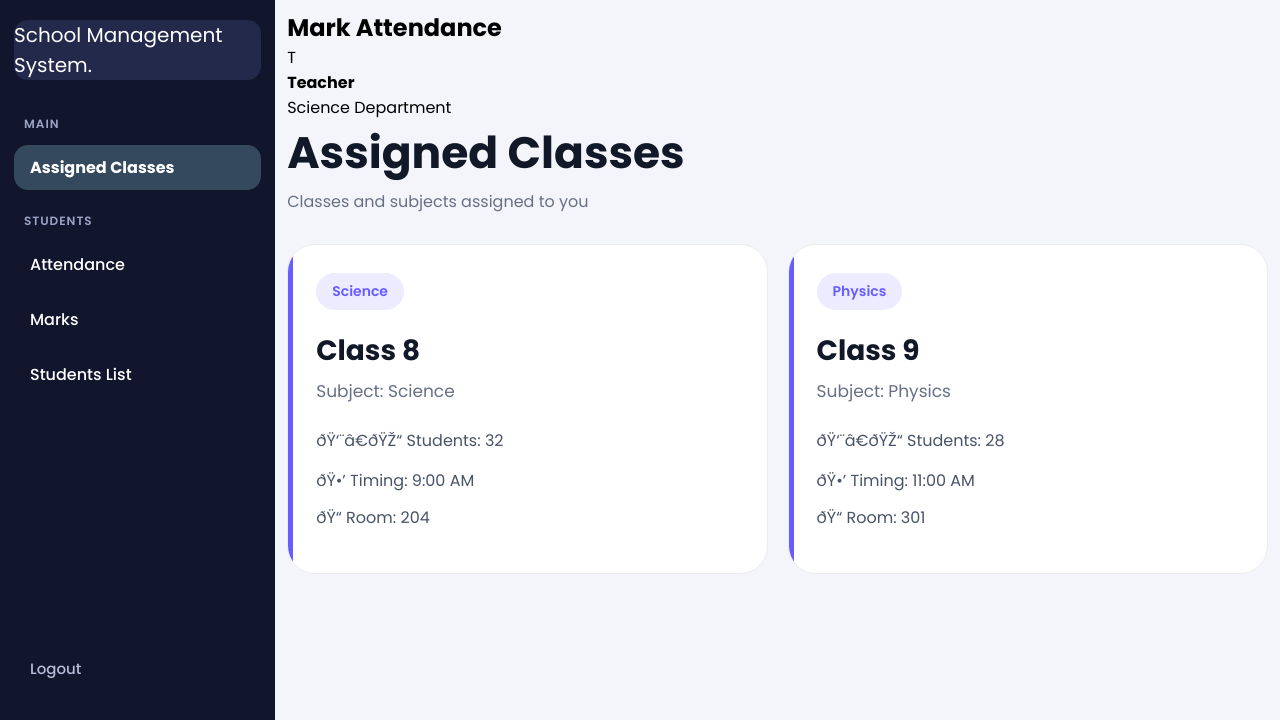
Repository: rohit-rk-07/school_management_system
Page: http://localhost/School_Management_System/teacher/assignedclass.jsp
These files come from the project's save history. The page is drawn as it stood at one moment and after the next save; the edit follows.
The browser window is 1280 px wide. The pictures show the whole page.
The page is served by Tomcat 10. Other server files are loaded and not shown.

Above is the page before, as saved 2026-05-21 08:14:39.
Console error: TypeError: Cannot read properties of null (reading 'addEventListener')

### School_Management_System/src/main/webapp/teacher/assignedclass.jsp
<!DOCTYPE html>
<html lang="en">

<head>

    <meta charset="UTF-8">
    <meta name="viewport" content="width=device-width, initial-scale=1.0">

    <title>Assigned Classes</title>

    <link rel="preconnect" href="https://fonts.googleapis.com">

    <link href="https://fonts.googleapis.com/css2?family=Poppins:wght@300;400;500;600;700&display=swap"
        rel="stylesheet">

    <style>

        *{
            margin:0;
            padding:0;
            box-sizing:border-box;
            font-family:'Poppins',sans-serif;
        }

        body{
            background:#f4f5fb;
            display: flex;
            flex-direction: row;
            justify-content: space-between;
            align-items: start;
        }

        .assignedClassesContainer{
            padding:10px 12px;
            width: 80%;
        }

        .assignedClassesHeading{
            font-size:44px;
            font-weight:700;
            color:#111827;
        }

        .assignedClassesSubtitle{
            color:#667085;
            margin-top:4px;
            margin-bottom:30px;
        }

        .assignedClassesGrid{
            display:grid;
            grid-template-columns:repeat(auto-fit,minmax(320px,1fr));
            gap:20px;
        }

        .assignedClassesCard{
            background:#ffffff;
            border-radius:28px;
            padding:28px;
            border:1px solid #ececec;
            position:relative;
            overflow:hidden;
        }

        .assignedClassesCard::before{
            content:"";
            position:absolute;
            top:0;
            left:0;
            width:5px;
            height:100%;
            background:#675cff;
        }

        .assignedClassesBadge{
            display:inline-block;
            padding:8px 16px;
            border-radius:30px;
            background:#ecebff;
            color:#675cff;
            font-size:14px;
            font-weight:600;
            margin-bottom:20px;
        }

        .assignedClassesTitle{
            font-size:28px;
            font-weight:700;
            color:#111827;
            margin-bottom:6px;
        }

        .assignedClassesSubject{
            color:#667085;
            margin-bottom:24px;
            font-size:17px;
        }

        .assignedClassesInfo{
            margin-bottom:12px;
            color:#475467;
            font-size:16px;
        }

    </style>

</head>

<body>

	<jsp:include page="sidebar.jsp" />

    <div class="assignedClassesContainer">

    <div class="attendanceTopbar">

        <h2 class="attendanceTopbarTitle">
            Mark Attendance
        </h2>

        <div class="attendanceTeacherProfile">

            <div class="attendanceTeacherAvatar">
                T
            </div>

            <div>

                <h4>Teacher</h4>

                <p class="attendanceTeacherRole">
                    Science Department
                </p>

            </div>

        </div>

    </div>

        <h1 class="assignedClassesHeading">
            Assigned Classes
        </h1>

        <p class="assignedClassesSubtitle">
            Classes and subjects assigned to you
        </p>

        <div class="assignedClassesGrid">

            <div class="assignedClassesCard">

                <span class="assignedClassesBadge">
                    Science
                </span>

                <h2 class="assignedClassesTitle">
                    Class 8
                </h2>

                <p class="assignedClassesSubject">
                    Subject: Science
                </p>

                <p class="assignedClassesInfo">
                    👨‍🎓 Students: 32
                </p>

                <p class="assignedClassesInfo">
                    🕒 Timing: 9:00 AM
                </p>

                <p class="assignedClassesInfo">
                    📍 Room: 204
                </p>

            </div>

            <div class="assignedClassesCard">

                <span class="assignedClassesBadge">
                    Physics
                </span>

                <h2 class="assignedClassesTitle">
                    Class 9
                </h2>

                <p class="assignedClassesSubject">
                    Subject: Physics
                </p>

                <p class="assignedClassesInfo">
                    👨‍🎓 Students: 28
                </p>

                <p class="assignedClassesInfo">
                    🕒 Timing: 11:00 AM
                </p>

                <p class="assignedClassesInfo">
                    📍 Room: 301
                </p>

            </div>

        </div>

    </div>

</body>

</html>

### School_Management_System/src/main/webapp/teacher/sidebar.jsp
<!DOCTYPE html>
<html lang="en">
<head>
  <meta charset="UTF-8" />
  <meta name="viewport" content="width=device-width, initial-scale=1.0"/>
  <title>School Sidebar</title>

  <style type="text/css">
  *{
  margin:0;
  padding:0;
  box-sizing:border-box;
}

body{
  font-family:'Poppins',sans-serif;
  background:#f4f5fa;
}

/* SIDEBAR */

.schoolSidebar{
  width:280px;
  height:100vh;
  background:#11162d;
  color:#ffffff;
  padding:20px 14px;
  display:flex;
  flex-direction:column;
  justify-content:space-between;
  /*border-top-right-radius:20px;
  border-bottom-right-radius:20px;*/
  transition:0.3s;
}

/* LOGO */

.schoolSidebarLogo{
  border-radius:14px;
  background:#23294b;
  display:flex;
  align-items:start;
  justify-content:start;
  font-size:20px;
  margin-bottom:35px;
}

/* MENU TITLES */

.schoolSidebarMenuTitle{
  color:#9ca3c7;
  font-size:12px;
  letter-spacing:1px;
  margin:22px 10px 12px;
  font-weight:600;
}

/* MENU */

.schoolSidebarMenuList{
  list-style:none;
}

.schoolSidebarMenuItem{
  display:flex;
  align-items:center;
  gap:14px;
  padding:10px 16px;
  border-radius:14px;
  margin-bottom:10px;
  color:#b6bdd9;
  cursor:pointer;
  transition:0.3s;
  font-size:15px;
  font-weight:500;
}

.schoolSidebarMenuItem a{
  font-size:16px;
  text-decoration: none;
  color: #fff;
  width: 100%;
  height: 100%;
}

/* HOVER */

.schoolSidebarMenuItem:hover{
  background:#242b4d;
  color:#ffffff;
}

/* ACTIVE */

.schoolSidebarActive{
  background:#4d44cc;
  color:#ffffff;
}

.schoolSidebarMenuItem {
    /* Your default styling for menu items */
    transition: background-color 0.2s ease;
}

/* This targets the container when active */
.schoolSidebarMenuItem.schoolSidebarActive {
    background-color: #34495e; /* Change to your preferred highlight color */
}

/* Ensures the text color inside the active container looks right */
.schoolSidebarMenuItem.schoolSidebarActive a {
    color: #ffffff;
    font-weight: bold;
}

/* DARK MODE */

.schoolSidebarDark{
  background:#050814;
}

.schoolSidebarDark .schoolSidebarMenuItem:hover{
  background:#1c2445;
}

/* RESPONSIVE */

@media(max-width:768px){

  .schoolSidebar{
    width:100%;
    height:auto;
    border-radius:0;
  }

}
  </style>

  <link rel="preconnect" href="https://fonts.googleapis.com">
  <link href="https://fonts.googleapis.com/css2?family=Poppins:wght@300;400;500;600;700&display=swap" rel="stylesheet">
</head>

<body>

  <aside class="schoolSidebar">

    <!-- LOGO -->
    <div class="schoolSidebarTop">

      <div class="schoolSidebarLogo">
        School Management System.
      </div>

      <!-- MAIN MENU -->
      <div class="schoolSidebarMenuTitle">
        MAIN
      </div>

      <ul class="schoolSidebarMenuList">

        <li class="schoolSidebarMenuItem schoolSidebarActive">
          <a href="assignedclass.jsp">Assigned Classes</a>
        </li>

      </ul>

      <!-- ASSIGNMENTS -->
      <div class="schoolSidebarMenuTitle">
        STUDENTS
      </div>

      <ul class="schoolSidebarMenuList">

        <li class="schoolSidebarMenuItem">
          <a href="attendance.jsp">Attendance</a>
        </li>

        <li class="schoolSidebarMenuItem">
          <a href="addMarks.jsp">Marks</a>
        </li>

        <li class="schoolSidebarMenuItem">
          <a href="studentsList.jsp">Students List</a>
        </li>

      </ul>

    </div>

    <!-- BOTTOM -->
    <div class="schoolSidebarBottom">

      <ul class="schoolSidebarMenuList">

        <li class="schoolSidebarMenuItem">
          Logout
        </li>

      </ul>

    </div>

  </aside>

  <script>
//ACTIVE MENU

  //const schoolSidebarItems = document.querySelectorAll(".schoolSidebarMenuItem");

  //schoolSidebarItems.forEach(item => {

    //item.addEventListener("click", () => {

     // schoolSidebarItems.forEach(nav => {
      //  nav.classList.remove("schoolSidebarActive");
     // });

     // item.classList.add("schoolSidebarActive");

   // });

 // });

  document.addEventListener("DOMContentLoaded", function () {
    // Get the current page filename (e.g., "teacher.jsp")
    const currentPath = window.location.pathname.split("/").pop();

    // Select all links inside the sidebar
    const menuLinks = document.querySelectorAll(".schoolSidebarMenuList a");

    menuLinks.forEach(link => {
        // Get the href attribute of the link
        const linkPath = link.getAttribute("href");

        // If the current URL ends with or matches the href, highlight its parent <li>
        if (currentPath === linkPath) {
            // Remove the active class from any default item first
            document.querySelectorAll(".schoolSidebarMenuItem").forEach(item => {
                item.classList.remove("schoolSidebarActive");
            });

            // Add active class to the current link's parent <li> element
            link.closest("li").classList.add("schoolSidebarActive");
        }
    });
});


  // DARK MODE

  const schoolSidebar = document.querySelector(".schoolSidebar");

  const schoolSidebarDarkBtn = document.getElementById("schoolSidebarDarkBtn");

  schoolSidebarDarkBtn.addEventListener("click", () => {

    schoolSidebar.classList.toggle("schoolSidebarDark");

  });
  </script>

</body>
</html>

After the next save:
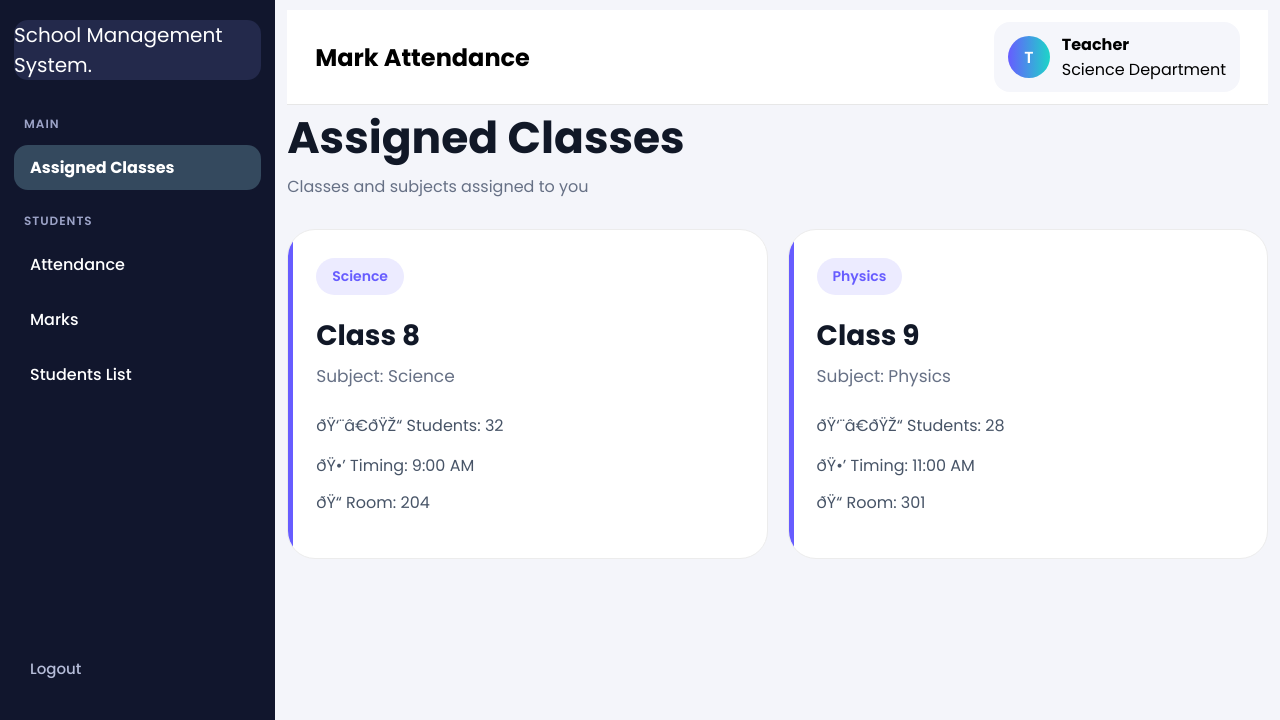
Saved 27 s later.
--- a/School_Management_System/src/main/webapp/teacher/assignedclass.jsp
+++ b/School_Management_System/src/main/webapp/teacher/assignedclass.jsp
@@ -102,6 +102,37 @@
             font-size:16px;
         }
 
+        .attendanceTopbar {
+    width: 100%;
+    background: #ffffff;
+    padding: 12px 28px;
+    display: flex;
+    justify-content: space-between;
+    align-items: center;
+    border-bottom: 1px solid #e7e7e7;
+    }
+
+    .attendanceTeacherProfile {
+    display: flex;
+    align-items: center;
+    gap: 12px;
+    background: #f5f6fb;
+    padding: 10px 14px;
+    border-radius: 16px;
+}
+
+.attendanceTeacherAvatar {
+    width: 42px;
+    height: 42px;
+    border-radius: 50%;
+    background: linear-gradient(to right, #675cff, #1dd5c8);
+    display: flex;
+    align-items: center;
+    justify-content: center;
+    color: #ffffff;
+    font-weight: 600;
+}
+
     </style>
 
 </head>
